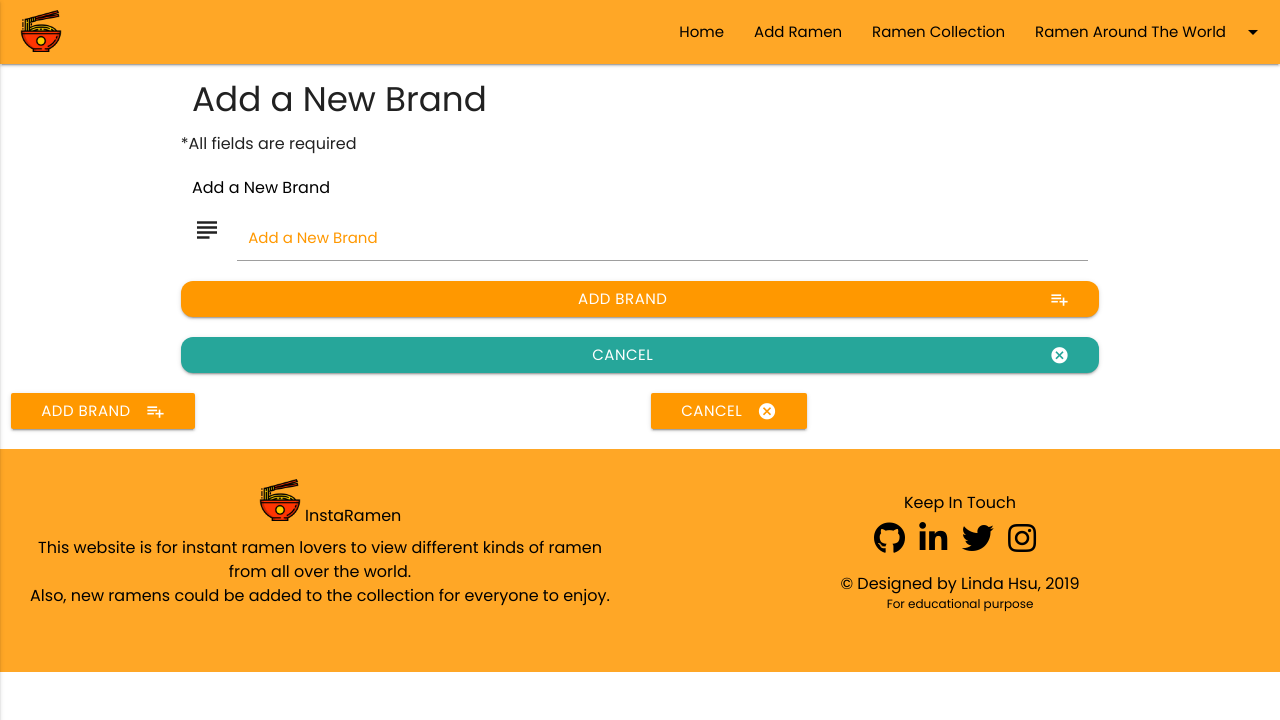
Repository: Paddlepop25/codeinstitute-insta-ramen
Page: http://localhost/add_brands
The author's editor kept a record of every edit. The page is drawn from the files as they stood at one moment, then again after the next edit.
The browser window is 1280 px wide. The pictures show the whole page.
Some web libraries are served in a nearby version. The page is served by the project's application, run on Flask 3 (app.py). Queries for data that is not in the repository find no rows.

Above is the page before.

After the next edit:
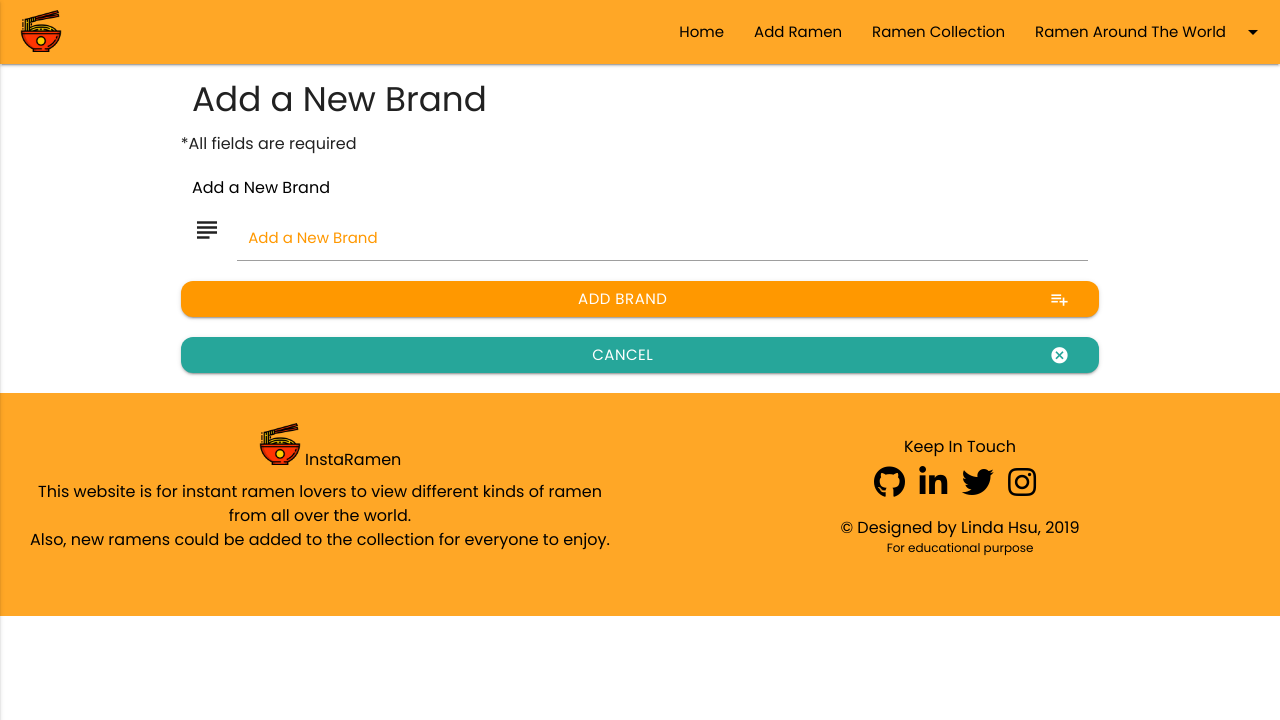
The edit:
--- a/templates/add_brands.html
+++ b/templates/add_brands.html
@@ -21,20 +21,4 @@
   </form>
 </div>
 
-
-
-
-
-<div class="row select-submit">
-  <div class="col s12 m6">
-    <button class="btn waves-effect waves-light orange" type="submit" name="action">
-          <i class="material-icons right">playlist_add</i>Add Brand
-      </button>
-  </div>
-  <div class="col s12 m6">
-    <a href="{{url_for('get_ramen')}}" class="btn orange"><i class="material-icons right">cancel</i>Cancel</a>
-  </div>
-</div>
-</form>
-</div>
 {% endblock %}
